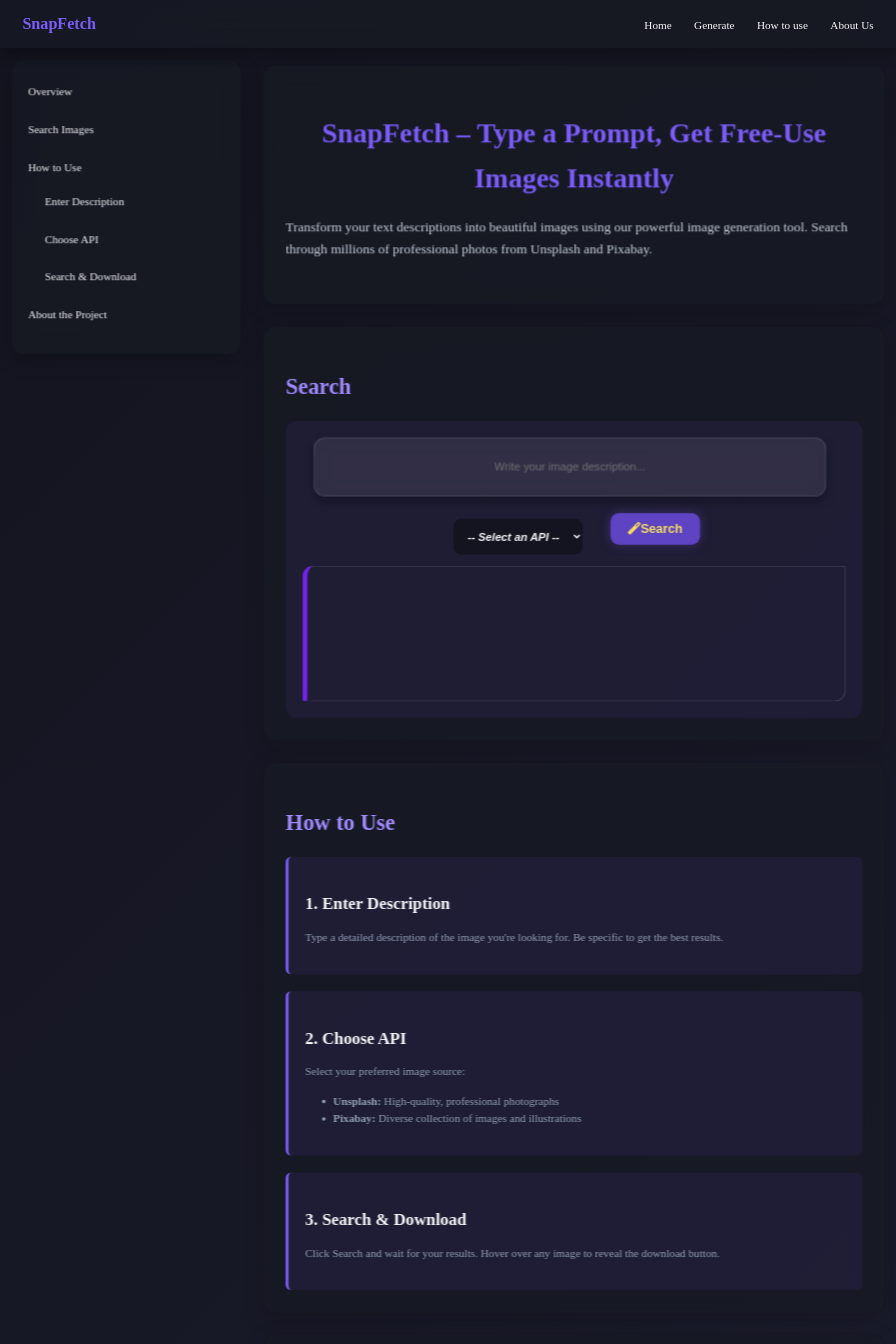
Repository: ChaitanyMishra/api-image-generator
Page: ai-image-generator/frontend/index.html
The author's editor kept a copy of each file at every save. The page is drawn from the files as they stood at one save, then again after a run of saves.
The browser window is 1280 px wide. The pictures show the part of the page from y = 0 to 1920 px (the page is 2875 px tall before and 2901 px after), at 70% of full size.

Above is the page before, as saved 2025-06-14 01:16:08.

### ai-image-generator/frontend/index.html
<!DOCTYPE html>
<html lang="en">
<head>
  <meta charset="UTF-8">
  <meta name="viewport" content="width=device-width, initial-scale=1.0">
  <link rel="stylesheet" href="imageGen.css">
  <link href="https://fonts.googleapis.com/css2?family=Inter:wght@300;400;500;600;700&display=swap" rel="stylesheet">
  <link rel="stylesheet" href="https://cdnjs.cloudflare.com/ajax/libs/font-awesome/6.0.0/css/all.min.css">
  <title>SnapFetch – Search Free Images by Prompt</title>
</head>
<body>
  <nav class="navBar">
    <div class="navTitle">SnapFetch</div>
    <button class="mobile-menu-btn" aria-label="Toggle menu">
      <i class="fas fa-bars"></i>
    </button>
    <ul class="navList mobile-nav">
      <li class="navItems"><a href="#home">Home</a></li>
      <li class="navItems"><a href="#generate">Generate</a></li>
      <li class="navItems"><a href="#how-to-use">How to use</a></li>
      <li class="navItems"><a href="#about">About Us</a></li>
    </ul>
  </nav>

  <div class="page-container">
    <aside class="sidebar">
      <nav class="side-nav">
        <ul>
          <li><a href="#home">Overview</a></li>
          <li><a href="#generate">Search Images</a></li>
          <li>
            <a href="#how-to-use">How to Use</a>
            <ul>
              <li><a href="#step1">Enter Description</a></li>
              <li><a href="#step2">Choose API</a></li>
              <li><a href="#step3">Search & Download</a></li>
            </ul>
          </li>
          <li><a href="#about">About the Project</a></li>
        </ul>
      </nav>
    </aside>

    <main class="main-content">
      <section id="home" class="content-section">
        <h1>SnapFetch – Type a Prompt, Get Free-Use Images Instantly</h1>
        <p class="intro-text">
          Transform your text descriptions into beautiful images using our powerful image generation tool.
          Search through millions of professional photos from Unsplash and Pixabay.
        </p>
      </section>

      <section id="generate" class="content-section">
        <h2>Search</h2>
        <div class="generator-container">
          <div class="input-group">
            <input type="text" name="inputReq" id="textArea" placeholder="Write your image description...">
            <div class="controls">
              <select name="selectApi" id="selectApi" title="selectMode" class="change_Api">
                <option value="selectTag" selected disabled>-- Select an API --</option>
                <option value="unsplash">Unsplash</option>
                <option value="pixlab">Pixabay</option>
              </select>
              <button class="generate-btn genrateBtn" type="button">
                <i class="fas fa-magic"></i>Search
              </button>
            </div>
          </div>
          <div class="output">
            <div class="output-images"></div>
          </div>
        </div>
      </section>

      <section id="how-to-use" class="content-section">
        <h2>How to Use</h2>
        <div class="steps">
          <div id="step1" class="step">
            <h3>1. Enter Description</h3>
            <p>Type a detailed description of the image you're looking for. Be specific to get the best results.</p>
          </div>
          <div id="step2" class="step">
            <h3>2. Choose API</h3>
            <p>Select your preferred image source:</p>
            <ul>
              <li><strong>Unsplash:</strong> High-quality, professional photographs</li>
              <li><strong>Pixabay:</strong> Diverse collection of images and illustrations</li>
            </ul>
          </div>
          <div id="step3" class="step">
            <h3>3. Search & Download</h3>
            <p>Click Search and wait for your results. Hover over any image to reveal the download button.</p>
          </div>
        </div>
      </section>

      <section id="about" class="content-section">
        <h2>About the Project</h2>
        <p>This Image Finder is designed to make image discovery accessible to everyone. We leverage powerful APIs to provide you with high-quality results instantly.</p>

        <div class="api-info">
          <div class="api">
            <h3><i class="fas fa-camera"></i> Unsplash API</h3>
            <p>Access millions of high-resolution photos from professional photographers worldwide.</p>
          </div>
          <div class="api">
            <h3><i class="fas fa-images"></i> Pixabay API</h3>
            <p>Browse through a vast collection of user-submitted images, illustrations, and vectors.</p>
          </div>
        </div>
      </section>
    </main>
  </div>

  <footer class="footer">
    <div class="footer-content">
      <div class="footer-info">
        <h3>SnapFetch</h3>
        <p>Transform your ideas into beautiful images</p>
      </div>
      <div class="footer-links">
        <h4>Quick Links</h4>
        <nav>
          <a href="#home">Home</a>
          <a href="#generate">Search</a>
          <a href="#how-to-use">How to Use</a>
          <a href="#about">About</a>
        </nav>
      </div>
      <div class="api-credits">
        <h4>Powered By</h4>
        <div class="api-logos">
          <a href="https://unsplash.com" target="_blank" rel="noopener noreferrer">Unsplash</a>
          <a href="https://pixabay.com" target="_blank" rel="noopener noreferrer">Pixabay</a>
        </div>
      </div>
    </div>
    <div class="footer-bottom">
      <p>&copy; 2025 Image Generator. All rights reserved.</p>
      <p>Made by Chaitany Mishra</p>
    </div>
  </footer>

  <script src="imageGen.js"></script>
</body>
</html>

Loaded but not shown: ai-image-generator/frontend/imageGen.js (310 lines, source omitted); ai-image-generator/frontend/imageGen.css (831 lines, source omitted)

After the next 2 saves:
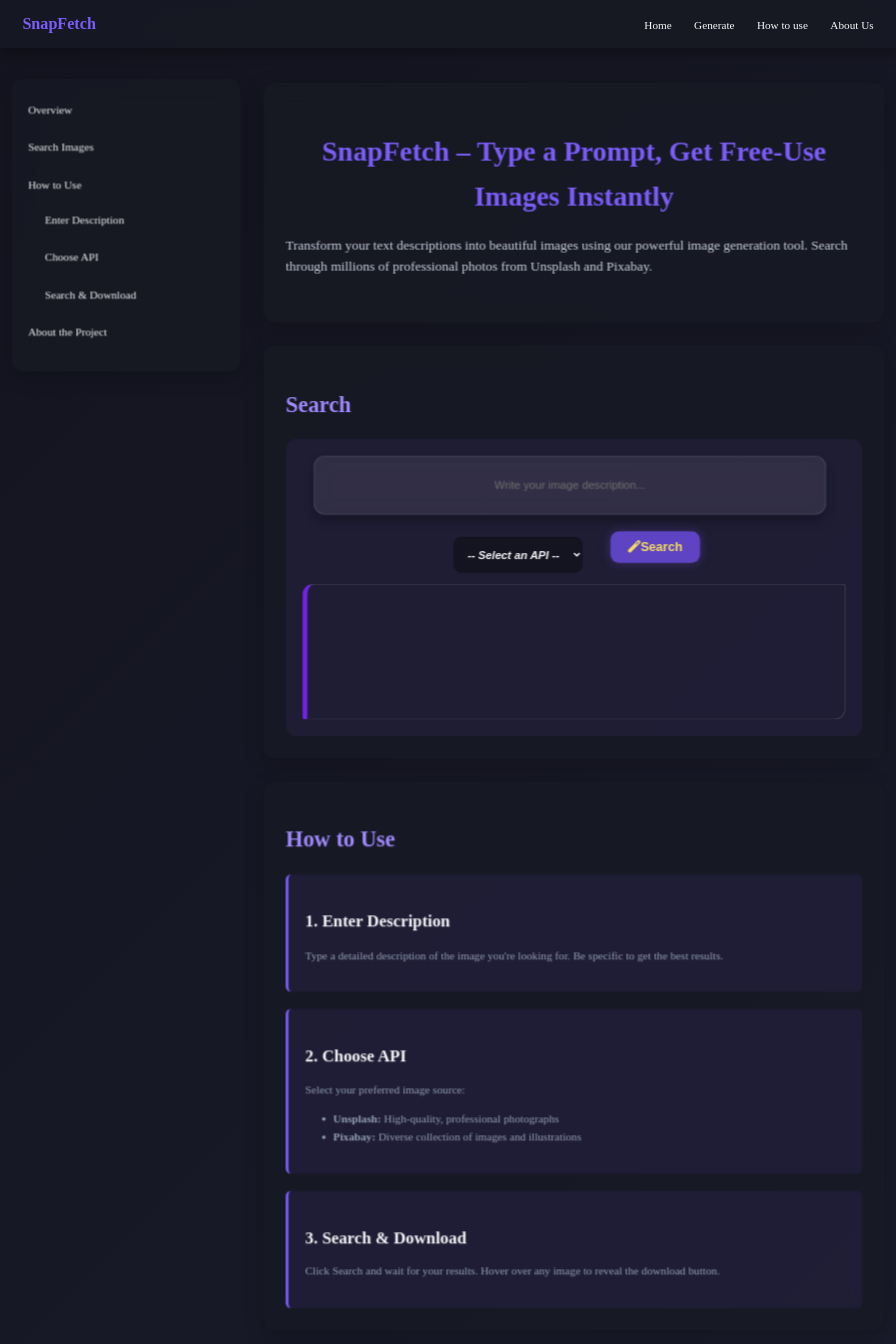
The 2 saves are shown as one change because they came seconds apart.
The last was saved 42 days later.
--- a/ai-image-generator/frontend/index.html
+++ b/ai-image-generator/frontend/index.html
@@ -20,7 +20,7 @@
       <li class="navItems"><a href="#how-to-use">How to use</a></li>
       <li class="navItems"><a href="#about">About Us</a></li>
     </ul>
-  </nav>
+  </nav> n
 
   <div class="page-container">
     <aside class="sidebar">

After the save that followed:
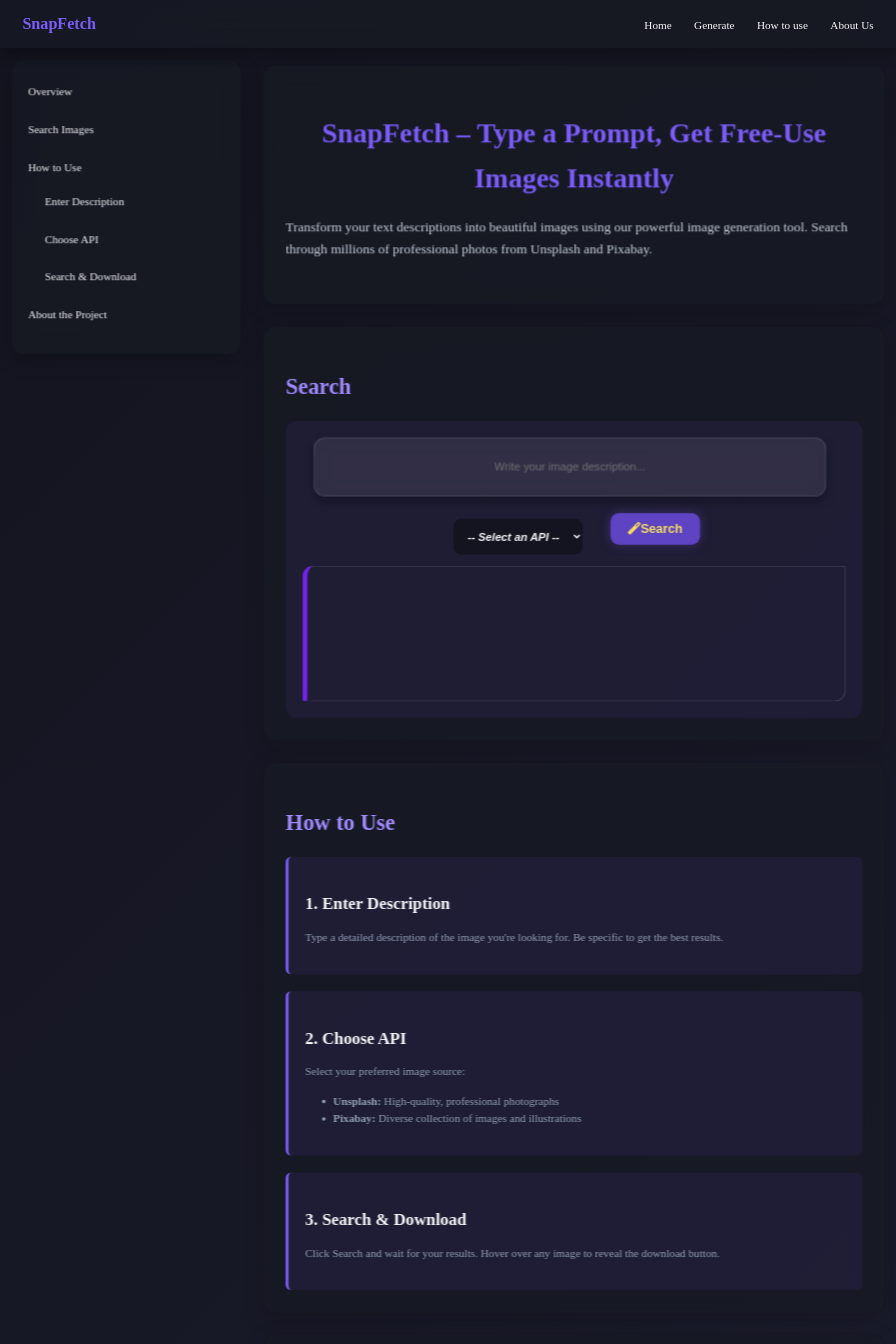
Saved 5 s later.
--- a/ai-image-generator/frontend/index.html
+++ b/ai-image-generator/frontend/index.html
@@ -20,7 +20,7 @@
       <li class="navItems"><a href="#how-to-use">How to use</a></li>
       <li class="navItems"><a href="#about">About Us</a></li>
     </ul>
-  </nav> n
+  </nav>
 
   <div class="page-container">
     <aside class="sidebar">
